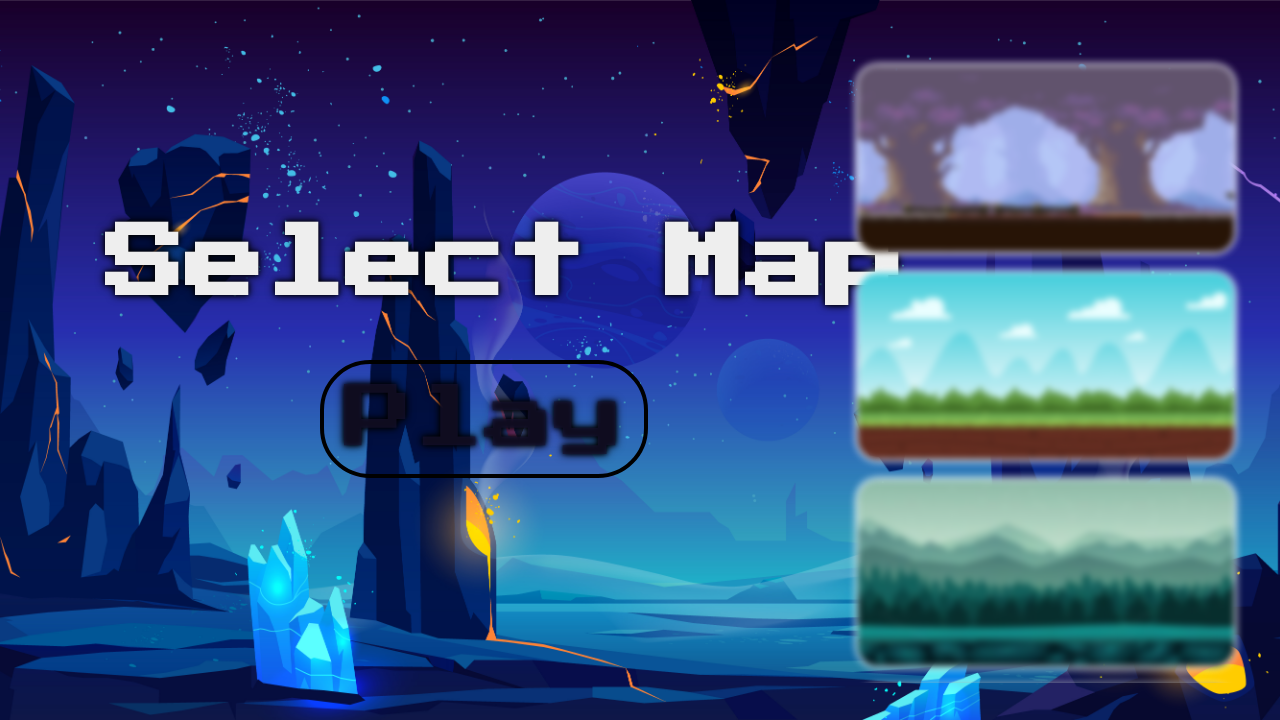
Repository: Gaurav31052/Fighting-game
Page: home.html
An editor plug-in stored every save of this project. The page is shown before and after the next save, followed by the edit.
The browser window is 1280 px wide. The pictures show the whole page.
An inner scrolling area shows only its first screen.

Above is the page before, as saved 2024-06-06 23:43:00.

After the next save:
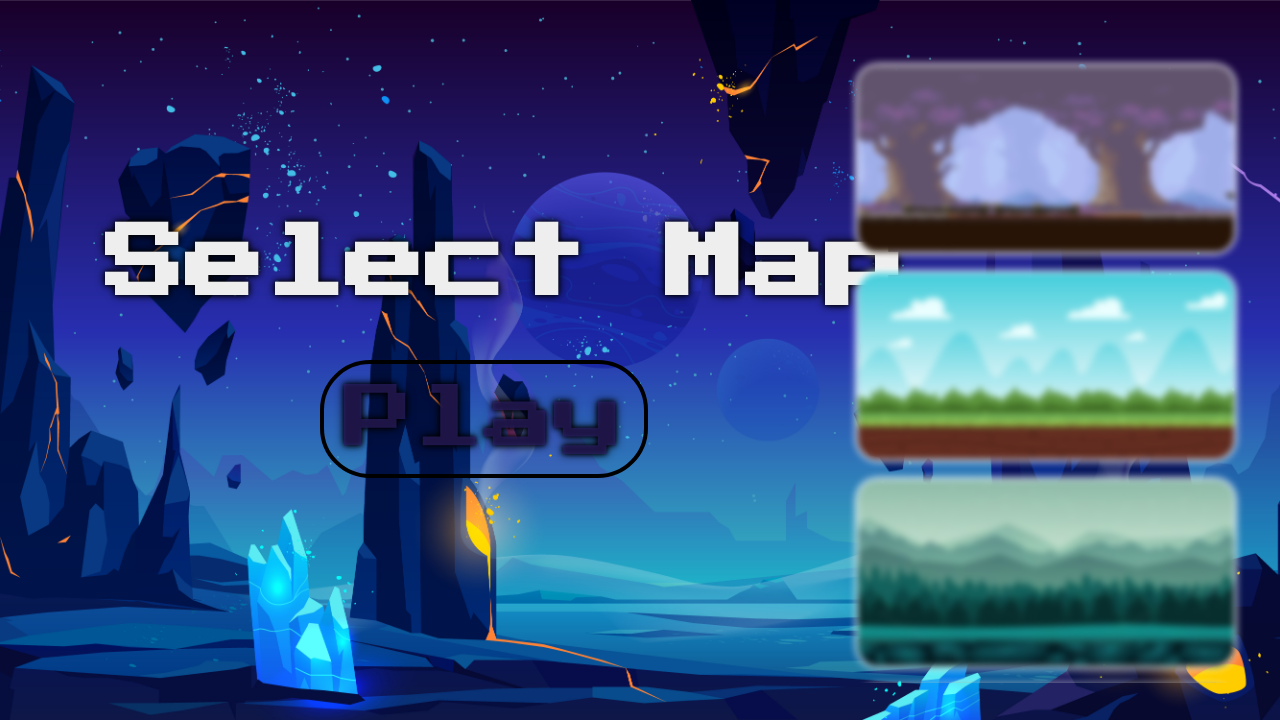
Saved 4 s later.
--- a/style.css
+++ b/style.css
@@ -10,7 +10,7 @@ body {
 
 a {
     text-decoration: none;
-    color: #181331a2;
+    color: #30216ea2;
 }
 
 /* carousel */
